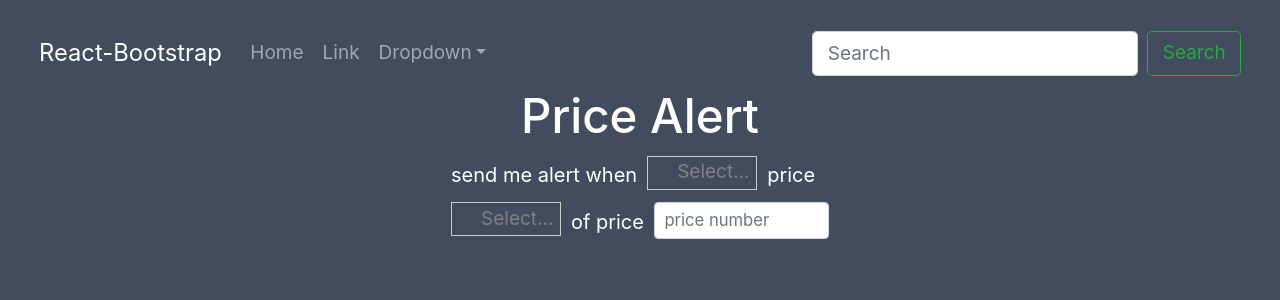
Repository: flychicken123/PriceAlertFront
Page: /
These files come from the project's save history. The page is drawn as it stood at one moment and after the next save; the edit follows.
The browser window is 1280 px wide. The pictures show the whole page.
The page's requests for data from a server got no answer. The project was rebuilt for these pictures with package versions that can differ from the ones it lists, and the page was loaded fresh each time. No one was signed in, and anything a server would have sent is missing. Also part of the build but not shown: src/App.css.

Above is the page before, as saved 2021-03-07 13:48:45.

After the next save:
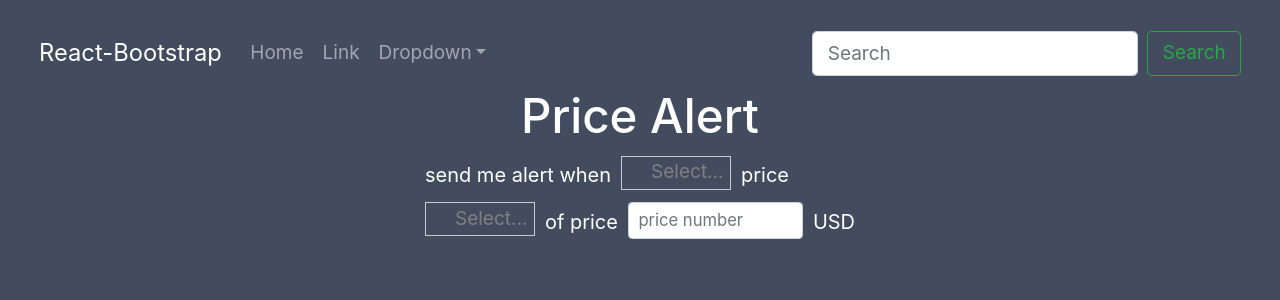
Saved 60 s later.
--- a/src/components/Home.jsx
+++ b/src/components/Home.jsx
@@ -121,6 +121,7 @@ export default function Home(props) {
                             </Col>
                             <Col xs="auto"><Form.Text className="normalText">of price</Form.Text></Col>
                             <Col xs="auto"> <Form.Control className="smaller-input" htmlSize="10" size="sm" type="text" placeholder="price number" /></Col>
+                            <Col xs="auto"><Form.Text className="normalText">USD</Form.Text></Col>
                         </Form.Row>
                     </Form>
 
